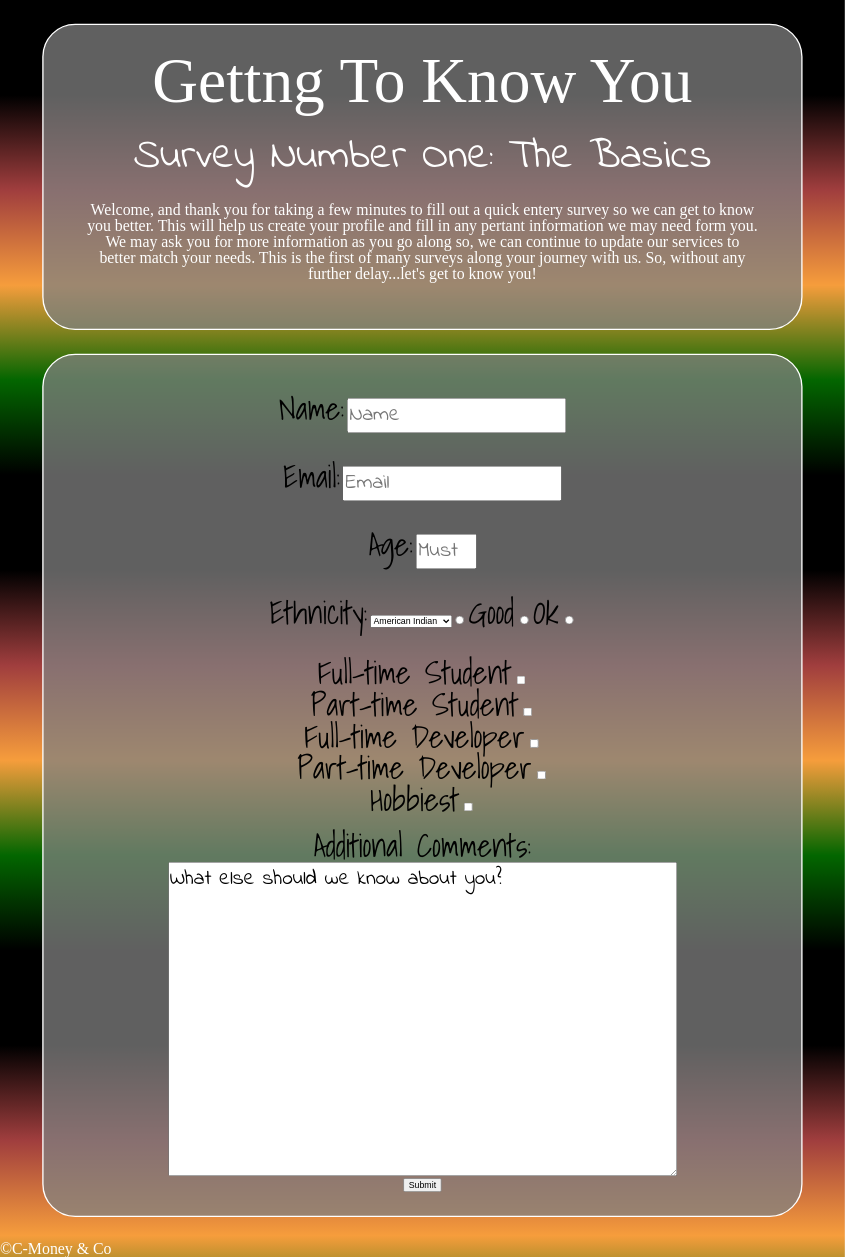
Repository: ctcoleman/surveyForm
Page: index.html
These files come from the project's save history. The page is drawn as it stood at one moment and after a run of saves; the edit follows.
The browser window is 1280 px wide. The pictures show the whole page, at 66% of full size.
Some web fonts or font styles are not loaded; a fallback is used.

Above is the page before, as saved 2020-06-29 11:22:48.

### index.html
<!DOCTYPE html>
<html lang="en">

<!-- Head -->

<head>
  <meta name="description" content="Survey Form Example Project">
  <meta name="author" content="Christopher Coleman">
  <meta name="title" content="Survey Form Project">
  <meta name="keywords" content="Survey, Forms, HTML, CSS, Example, Project" <meta name="viewport"
    content="width=device-width, initial-scale=1.0">
  <meta charset="UTF-8">
  <link rel="stylesheet" type="text/css" href="/assets/stylesheets/index.css">
  <link
    href="https://fonts.googleapis.com/css2?family=Holtwood+One+SC&family=Indie+Flower&family=Shadows+Into+Light&display=swap"
    rel="stylesheet">
  <title>.:Getting to know you:.</title>
</head>

<!-- Body -->

<body>


  <!-- Main Content-->
  <main id="main">

    <!-- Header -->
    <header id="titleHeading" class="heading">
      <h1 id="title">Gettng To Know You</h1>
      <h2>Survey Number One: The Basics</h2>
      <section class="descriptionSection">
        <p id="description">Welcome, and thank you for taking a few minutes to fill out a quick entery survey so we can
          get to know you better. This will help us create your profile and fill in any pertant information we may need
          form you. We may ask you for more information as you go along so, we can continue to update our services to
          better match your needs. This is the first of many surveys along your journey with us. So, without any further
          delay...let's get to know you!</p>
      </section>
    </header>

    <!-- Survey Form -->
    <form id="survey-form" class="formWrapper" action="#" method="post">
      <!-- Name -->
      <div class="formEntery nameEntery">
        <label id="name-label" for="name">Name:</label>
        <input type="text" id="name" name="user_name" placeholder="Name" required>
      </div>
      <!-- E-Mail -->
      <div class="formEntery emailEntery">
        <label id="email-label" for="email">Email:</label>
        <input type="email" id="email" name="user_email" placeholder="Email" required>
      </div>
      <!-- Number -->
      <div class="formEntery numberEntery">
        <label id="number-label" for="number">Age:</label>
        <input type="number" id="number" placeholder="Must be older than 18" min="18" max="150">
      </div>
      <!-- Dropdown -->
      <div id="dropDownEntery" class="formEntery">
        <label for="dropdown-label">Ethnicity:</label>
        <select type="dropdown" id="dropdown" placeholder="Select from the following" required>
          <option value="americanIndian">American Indian</option>
          <option value="asian">Asian</option>
          <option value="africanAmerican">African American</option>
          <option value="hispanic">Hispanic</option>
          <option value="pacificIslander">Pacific Islander</option>
          <option value="white">White</option>
      </div>
      <!-- Radio Buttons -->
      <div id="radioButtons" class="formEntery radioButtons">

        <label for="radioGreat">Great</label>
        <input class="radio" type="radio" id="radioGreat" name="radio" value="Great">

        <label for="radioGood">Good</label>
        <input class="radio" type="radio" id="radioGood" name="radio" value="Good">

        <label for="radioOk">Ok</label>
        <input class="radio" type="radio" id="radioOk" name="radio" value="Ok">

      </div>

      <div id="checkboxInputs" class="formEntery checkbox">
        <div id="fullTimeStudentCheck">
          <label for="fullTimeStudent">Full-time Student</label>
          <input type="checkbox" id="fullTimeStudent" name="Full-time Student" value="Full-time Student">
        </div>
        <div id="partTimeStudentCheck">
          <label for="partTimeStudent">Part-time Student</label>
          <input type="checkbox" id="partTimeStudent" name="Part-time Student" value="Part-time Student">
        </div>
        <div id="fullTimeDeveloperCheck">
          <label for="fullTimeDev">Full-time Developer</label>
          <input type="checkbox" id="fullTimeDev" name="Full-time Developer" value="Full-time Developer">
        </div>
        <div id="partTimeDeveloperCheck">
          <label for="partTimeDev">Part-time Developer</label>
          <input type="checkbox" id="partTimeDev" name="Part-time Developer" value="Part-time Developer">
        </div>
        <div id="hobbiestCheckbox">
          <label for="hobbiest">Hobbiest</label>
          <input type="checkbox" id="hobbiest" name="Hobbiest" value="hobbiest">
        </div>
      </div>
      <div id="textarea">
        <label for="additionalComments">Additional Comments:</label>
        <textarea id="additionalComments" name="additionalComments" rows="10"
          cols="50">What else should we know about you? </textarea>
      </div>

      <button type="submit" id="submit" form="survey-form" value="Submit">Submit</button>
    </form>


    <!-- Footer -->
    <footer>
      <p>&copy;C-Money & Co</p>
    </footer>
  </main>

  <script src='https://cdn.freecodecamp.org/testable-projects-fcc/v1/bundle.js'></script>
</body>

</html>

### assets/stylesheets/index.css

/*
=== CSS Reset ===
  http://meyerweb.com/eric/tools/css/reset/ ]
  v2.0 | 20110126
  License: none (public domain)
*/

html, body, div, span, applet, object, iframe,
h1, h2, h3, h4, h5, h6, p, blockquote, pre,
a, abbr, acronym, address, big, cite, code,
del, dfn, em, img, ins, kbd, q, s, samp,
small, strike, strong, sub, sup, tt, var,
b, u, i, center,
dl, dt, dd, ol, ul, li,
fieldset, form, label, legend,
table, caption, tbody, tfoot, thead, tr, th, td,
article, aside, canvas, details, embed,
figure, figcaption, footer, header, hgroup,
menu, nav, output, ruby, section, summary,
time, mark, audio, video {
	margin: 0;
	padding: 0;
	border: 0;
	font-size: 62.5%;
	font: inherit;
  vertical-align: baseline;
  box-sizing: border-box;
}
/* HTML5 display-role reset for older browsers */
article, aside, details, figcaption, figure,
footer, header, hgroup, menu, nav, section {
	display: block;
}
body {
	line-height: 1;
}
ol, ul {
	list-style: none;
}
a {
  text-decoration: none;
}
blockquote, q {
	quotes: none;
}
blockquote:before, blockquote:after,
q:before, q:after {
	content: '';
	content: none;
}
table {
	border-collapse: collapse;
	border-spacing: 0;
}
/*
=== Fonts Used ===
font-family: 'Holtwood One SC', serif;
font-family: 'Indie Flower', cursive;
font-family: 'Shadows Into Light', cursive;
/*

=== Basic Styling ===
*/
html {
  background-image: linear-gradient( #000000 20%, #a03e3e 40%, #f69d3c 60%, #036600 80%, #000000 100%);
  height: 100%;
 }

h1 {
  color: white;
  font-family: 'Holtwood One SC', serif;
  font-size: 6rem;
}

h2 {
  color: white;
  font-family: 'Indie Flower', cursive;
  font-size: 4rem;
}

p {
  color: white;
  font-size: 1.5rem;
}

/*
=== Header Styleing ===
*/

header {
  background: rgba(128, 128, 128, 0.75);
  padding: 5vh 5vw;
  margin: 5vh 5vw;
  text-align: center;
  border: 2px solid white;
  border-radius: 50px;
}
#title {
  margin-bottom: 5vh;
}
#description {
  margin: 5vh 0;
}

/*
=== Basic Form Styling ===
*/

#survey-form {
  background: rgba(128, 128, 128, 0.75);
  padding: 5vh 5vw;
  margin: 5vh 5vw;
  text-align: center;
  border: 2px solid white;
  border-radius: 50px;
  display: flex;
  flex-direction: column;
  align-items: center;
}
#survey-form label {
  font-size: 3rem;
  font-family: 'Shadows Into Light', cursive;
}
#survey-form input,
#survey-form textarea {
  font-size: 2rem;
  font-family: 'Indie Flower', cursive;
}
.formEntery {
  width: 75vw;
  margin: 3vh 0;
}
.formEntery input
/*
=== Name Styling ===
*/


/*
=== Email Styling ===
*/

/*
=== Age Styling ===
*/

/*
=== Radio Button Styling ===
*/

/*
=== Checkbox Styling ===
*/

/*
=== Textarea Styling ===
*/

/*
=== Submit Button Styling ===
*/

After the next 2 saves:
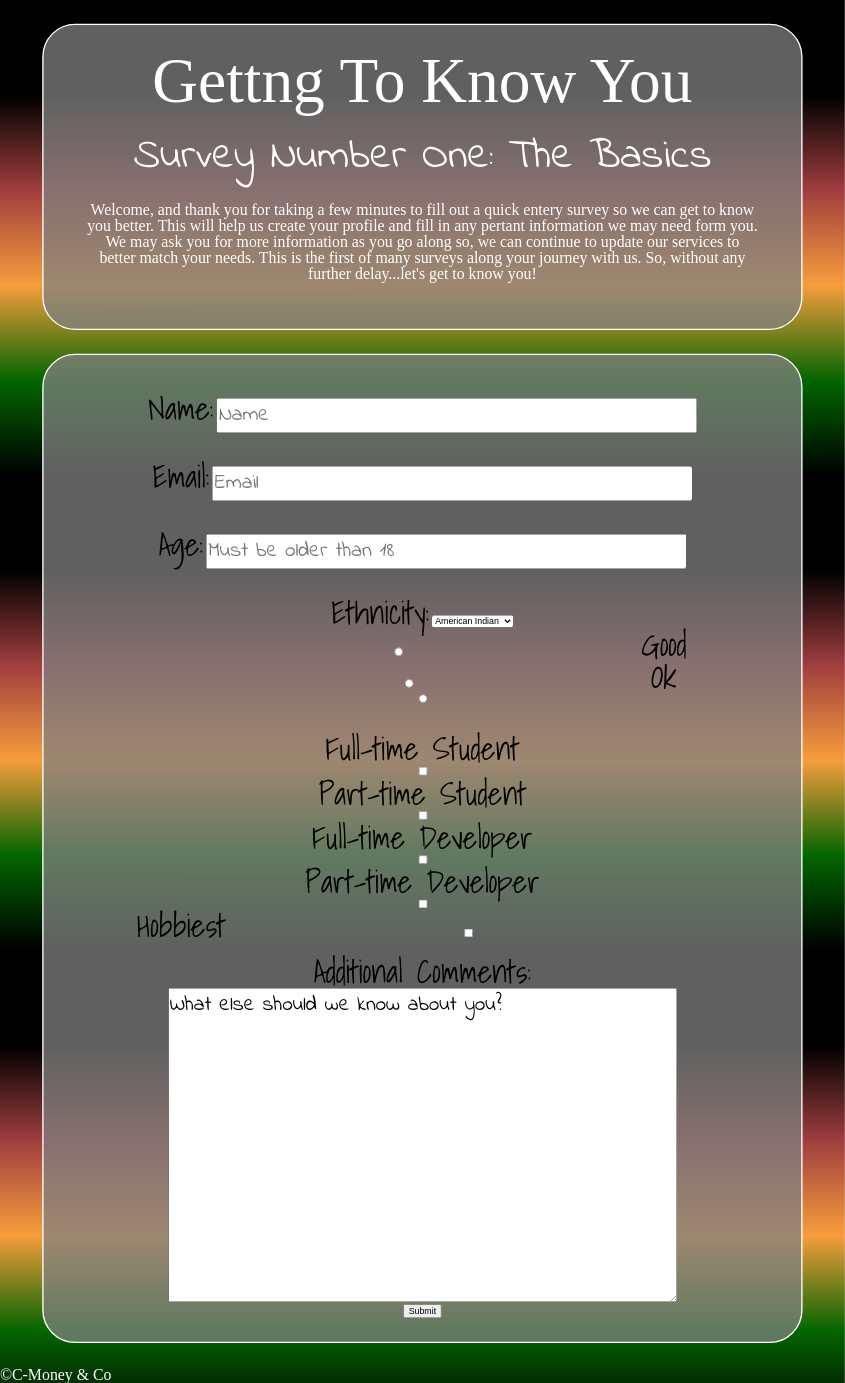
The 2 saves are shown as one change because they came seconds apart.
The last was saved 7 s later.
--- a/assets/stylesheets/index.css
+++ b/assets/stylesheets/index.css
@@ -131,7 +131,9 @@ header {
   width: 75vw;
   margin: 3vh 0;
 }
-.formEntery input
+.formEntery input {
+  width: 75%;
+}
 /*
 === Name Styling ===
 */
